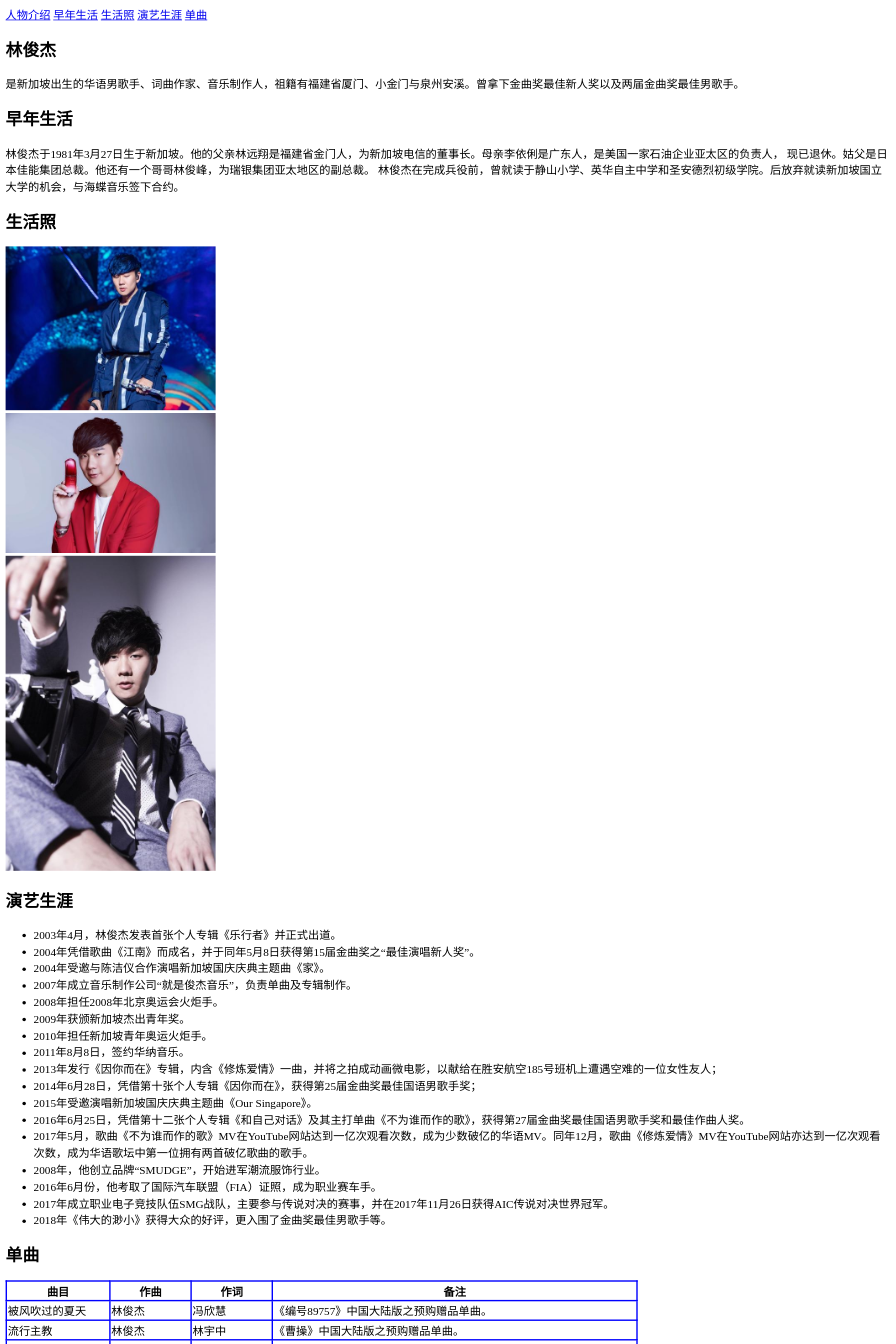
Repository: chenguocan/html_work
Page: html_work.html
The author's editor kept a copy of each file at every save. The page is drawn from the files as they stood at one save, then again after the next save.
The browser window is 1280 px wide. The pictures show the part of the page from y = 0 to 1920 px (the page is 2906 px tall before and 2930 px after), at 70% of full size.

Above is the page before, as saved 2020-06-26 11:01:57.

### html_work.html
<!DOCTYPE html>
<html lang="zh-CN">
  <head>
    <meta charset="UTF-8" />
    <meta
      name="viewport"
      content="width=device-width, initial-scale=1.0, minimum-scale=1.0, maximum-scale=1.0, user-scalable=no"
    />
    <title>Document</title>
    <style>
      table {
        table-layout: fixed;
        border-collapse: collapse;
        border-spacing: 0;
      }
      td,
      th {
        border: 2px solid blue;
      }
      img {
        max-width: 100%;
      }
    </style>
  </head>
  <body>
    <section>
      <a href="#name">人物介绍</a>
      <a href="#life">早年生活</a>
      <a href="#picture">生活照</a>
      <a href="#action">演艺生涯</a>
      <a href="#music">单曲</a>
      <a href="#movie"></a>
      <h1 id="name">林俊杰</h1>
      <p>
        是新加坡出生的华语男歌手、词曲作家、音乐制作人，祖籍有福建省厦门、小金门与泉州安溪。曾拿下金曲奖最佳新人奖以及两届金曲奖最佳男歌手。
      </p>
      <h2 id="life">早年生活</h2>
      <p>
        林俊杰于1981年3月27日生于新加坡。他的父亲林远翔是福建省金门人，为新加坡电信的董事长。母亲李依俐是广东人，是美国一家石油企业亚太区的负责人，
        现已退休。姑父是日本佳能集团总裁。他还有一个哥哥林俊峰，为瑞银集团亚太地区的副总裁。
        林俊杰在完成兵役前，曾就读于静山小学、英华自主中学和圣安德烈初级学院。后放弃就读新加坡国立大学的机会，与海蝶音乐签下合约。
      </p>
      <h2 id="picture">生活照</h2>
      <div><img src="./images/jj1.jpg" alt="图片1" width="300" /></div>
      <div><img src="./images/jj2.jpg" alt="图片2" width="300" /></div>
      <div><img src="./images/jj3.jpg" alt="图片3" width="300" /></div>
      <h2 id="action">演艺生涯</h2>
      <ul>
        <li>2003年4月，林俊杰发表首张个人专辑《乐行者》并正式出道。</li>
        <li>
          2004年凭借歌曲《江南》而成名，并于同年5月8日获得第15届金曲奖之“最佳演唱新人奖”。
        </li>
        <li>2004年受邀与陈洁仪合作演唱新加坡国庆庆典主题曲《家》。</li>
        <li>2007年成立音乐制作公司“就是俊杰音乐”，负责单曲及专辑制作。</li>
        <li>2008年担任2008年北京奥运会火炬手。</li>
        <li>2009年获颁新加坡杰出青年奖。</li>
        <li>2010年担任新加坡青年奥运火炬手。</li>
        <li>2011年8月8日，签约华纳音乐。</li>
        <li>
          2013年发行《因你而在》专辑，内含《修炼爱情》一曲，并将之拍成动画微电影，以献给在胜安航空185号班机上遭遇空难的一位女性友人；
        </li>
        <li>
          2014年6月28日，凭借第十张个人专辑《因你而在》，获得第25届金曲奖最佳国语男歌手奖；
        </li>
        <li>2015年受邀演唱新加坡国庆庆典主题曲《Our Singapore》。</li>
        <li>
          2016年6月25日，凭借第十二张个人专辑《和自己对话》及其主打单曲《不为谁而作的歌》，获得第27届金曲奖最佳国语男歌手奖和最佳作曲人奖。
        </li>
        <li>
          2017年5月，歌曲《不为谁而作的歌》MV在YouTube网站达到一亿次观看次数，成为少数破亿的华语MV。同年12月，歌曲《修炼爱情》MV在YouTube网站亦达到一亿次观看次数，成为华语歌坛中第一位拥有两首破亿歌曲的歌手。
        </li>
        <li>2008年，他创立品牌“SMUDGE”，开始进军潮流服饰行业。</li>
        <li>2016年6月份，他考取了国际汽车联盟（FIA）证照，成为职业赛车手。</li>
        <li>
          2017年成立职业电子竞技队伍SMG战队，主要参与传说对决的赛事，并在2017年11月26日获得AIC传说对决世界冠军。
        </li>
        <li>
          2018年《伟大的渺小》获得大众的好评，更入围了金曲奖最佳男歌手等。
        </li>
      </ul>
      <h2 id="music">单曲</h2>
      <table>
        <thead>
          <tr>
            <th>曲目</th>
            <th>作曲</th>
            <th>作词</th>
            <th>备注</th>
          </tr>
        </thead>
        <tbody>
          <tr>
            <td>被风吹过的夏天</td>
            <td>林俊杰</td>
            <td>冯欣慧</td>
            <td>《编号89757》中国大陆版之预购赠品单曲。</td>
          </tr>
          <tr>
            <td>流行主教</td>
            <td>林俊杰</td>
            <td>林宇中</td>
            <td>《曹操》中国大陆版之预购赠品单曲。</td>
          </tr>

          <tr>
            <td>忘记</td>
            <td>林俊杰</td>
            <td>林秋离</td>
            <td>收录于《2006“就是俊杰”世界巡回演唱会》专辑中。</td>
          </tr>
          <tr>
            <td>Hurray，一起摇</td>
            <td>林俊杰</td>
            <td>林宇中、许环良</td>
            <td>2007年新加坡电视节目《S-POP万岁》主题曲</td>
          </tr>
          <tr>
            <td>江南（粤语版）</td>
            <td>林俊杰</td>
            <td>陈少琪</td>
            <td>收录于《西界》香港版。</td>
          </tr>
          <tr>
            <td>小酒窝（粤语版）</td>
            <td>林俊杰</td>
            <td>王雅君</td>
            <td>收录于《JJ陆》香港版。</td>
          </tr>
          <tr>
            <td>真材实料的我</td>
            <td>林俊杰</td>
            <td>DR.Moon</td>
            <td>收录于《她说》大陆版。</td>
          </tr>
          <tr>
            <td>Cheer Singapore</td>
            <td>林俊杰</td>
            <td>林俊杰</td>
            <td>2010年新加坡青奥会主题曲</td>
          </tr>
          <tr>
            <td>海底之心</td>
            <td>林俊杰</td>
            <td>林天爱</td>
            <td>电影《夏日乐悠悠》插曲。</td>
          </tr>
          <tr>
            <td>御龙三国志</td>
            <td>林俊杰</td>
            <td>姚若龙</td>
            <td>网游《御龙在天》主题曲。</td>
          </tr>
          <tr>
            <td>感谢你的关注</td>
            <td>林俊杰</td>
            <td>林俊杰</td>
            <td>新浪微博粉丝数破千万的庆功歌曲</td>
          </tr>
          <tr>
            <td>Dreams</td>
            <td>林俊杰、吴庆隆</td>
            <td>符美芸</td>
            <td>2015年新加坡妆艺大游行主题曲</td>
          </tr>
          <tr>
            <td>I Pray for You</td>
            <td>林俊杰</td>
            <td>罗文裕</td>
            <td>为八仙尘爆伤者加油</td>
          </tr>
          <tr>
            <td>超越无限</td>
            <td>林俊杰</td>
            <td>林怡凤</td>
            <td>
              首部个人纪实音乐电影《听．见 林俊杰》（IfMiracles Had a
              Sound）主题曲
            </td>
          </tr>
          <tr>
            <td>2infinity And Beyond</td>
            <td>林俊杰</td>
            <td>Kyler England</td>
            <td>与日本潮牌教父Nigo合作的“Time Machine 时光机”主题曲</td>
          </tr>
          <tr>
            <td>进阶</td>
            <td>林俊杰</td>
            <td>林怡凤</td>
            <td>2018单曲</td>
          </tr>
          <tr>
            <td>我们很好</td>
            <td>林俊杰</td>
            <td>葛大为</td>
            <td>电影《少年的你》主题曲</td>
          </tr>
          <tr>
            <td>SHOW THE WORLD</td>
            <td>林俊杰</td>
            <td>姚若龙</td>
            <td>2019单曲</td>
          </tr>
          <tr>
            <td>对的时间点</td>
            <td>林俊杰</td>
            <td>小寒</td>
            <td>新加坡樟宜机场的星耀樟宜“雨漩涡”主题曲</td>
          </tr>
          <tr>
            <td>将故事写成我们</td>
            <td>林俊杰</td>
            <td>方文山</td>
            <td>2019单曲</td>
          </tr>
          <tr>
            <td>Wonderland</td>
            <td>林俊杰</td>
            <td>张怀秋</td>
            <td>2019单曲</td>
          </tr>
          <tr>
            <td>As I Believe</td>
            <td>林俊杰</td>
            <td>李迪文</td>
            <td>2019单曲，对的时间点英文版本</td>
          </tr>
          <tr>
            <td>Stay with You</td>
            <td>林俊杰</td>
            <td>孙燕姿</td>
            <td>抗击2019冠状病毒病疫情公益歌曲</td>
          </tr>
        </tbody>
      </table>
      <h2 id="movie">音乐电影</h2>
      <ol>
        <li>
          《杀手》（领衔主演：林俊杰、杨俐思（Liz），导演：比尔贾，片长：25分钟，2007年）[16]
        </li>
        <li>
          《她说》（傅天余替影像和故事脚本操刀制作，与简嫚书演出对角戏，2010年）
        </li>
        <li>
          《因你 而在》（导演：《逆光飞翔》导演张荣吉，摄影指导：Dylan Doyle
          女主演：蔡卓妍，2013年）
        </li>
        <li>
          《修炼爱情》（金曲奖最佳导演徐筠轩首度执导音乐动画作品，林俊杰和郭采洁一同配音，2013年）
        </li>
        <li>
          《黑暗骑士》（领衔主演：林俊杰、阿信、纪培慧，导演：比尔贾，2013年）
        </li>
        <li>
          《裂缝中的阳光》（领衔主演：林俊杰、张嘉年，导演：珍妮花，2013年）
        </li>
        <li>
          《零度的亲吻》（领衔主演：林俊杰、王诗安，导演：徐筠庭，2013年）
        </li>
        <li>《飞机》（领衔主演：林俊杰、林俊峰，导演：陈映之，2013年）</li>
        <li>
          《友人说》（领衔主演：林俊杰、张怀秋，导演：David Barker ，2013年）
          《One
          Shot》（领衔主演：林俊杰、张家慧、黄建玮、贾孝国，导演：廖明毅，2013年）
        </li>
        <li>
          《十秒的冲动》（领衔主演：林俊杰、张卓楠、曾恺弦，导演：傅天余，2013年）
        </li>
        <li>
          《以后要做的事》（领衔主演：林俊杰、路嘉欣、徐华谦，导演：陈映蓉，2013年）
        </li>
        <li>
          《可惜没如果》（领衔主演：林俊杰、Angelababy、张怀秋，导演：陈映蓉，2014年）
        </li>
        <li>
          《我继续》（领衔主演：林俊杰、张怀秋、张书豪，导演：胡瑞财，2018年）
        </li>
      </ol>
    </section>
  </body>
</html>

After the next save:
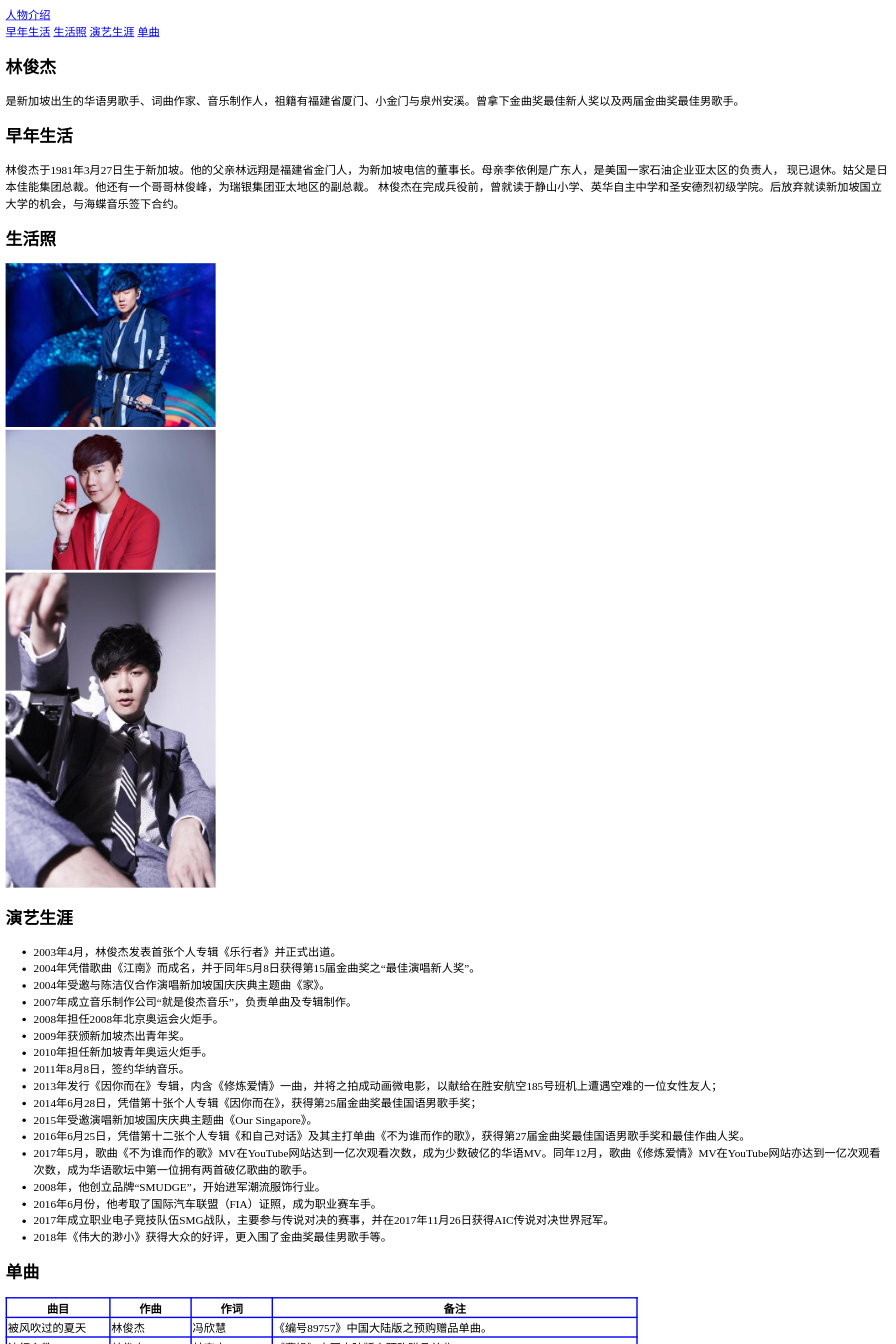
Saved 41 s later.
--- a/html_work.html
+++ b/html_work.html
@@ -24,7 +24,7 @@
   </head>
   <body>
     <section>
-      <a href="#name">人物介绍</a>
+      <a href="#name">人物介绍</a></br>
       <a href="#life">早年生活</a>
       <a href="#picture">生活照</a>
       <a href="#action">演艺生涯</a>
